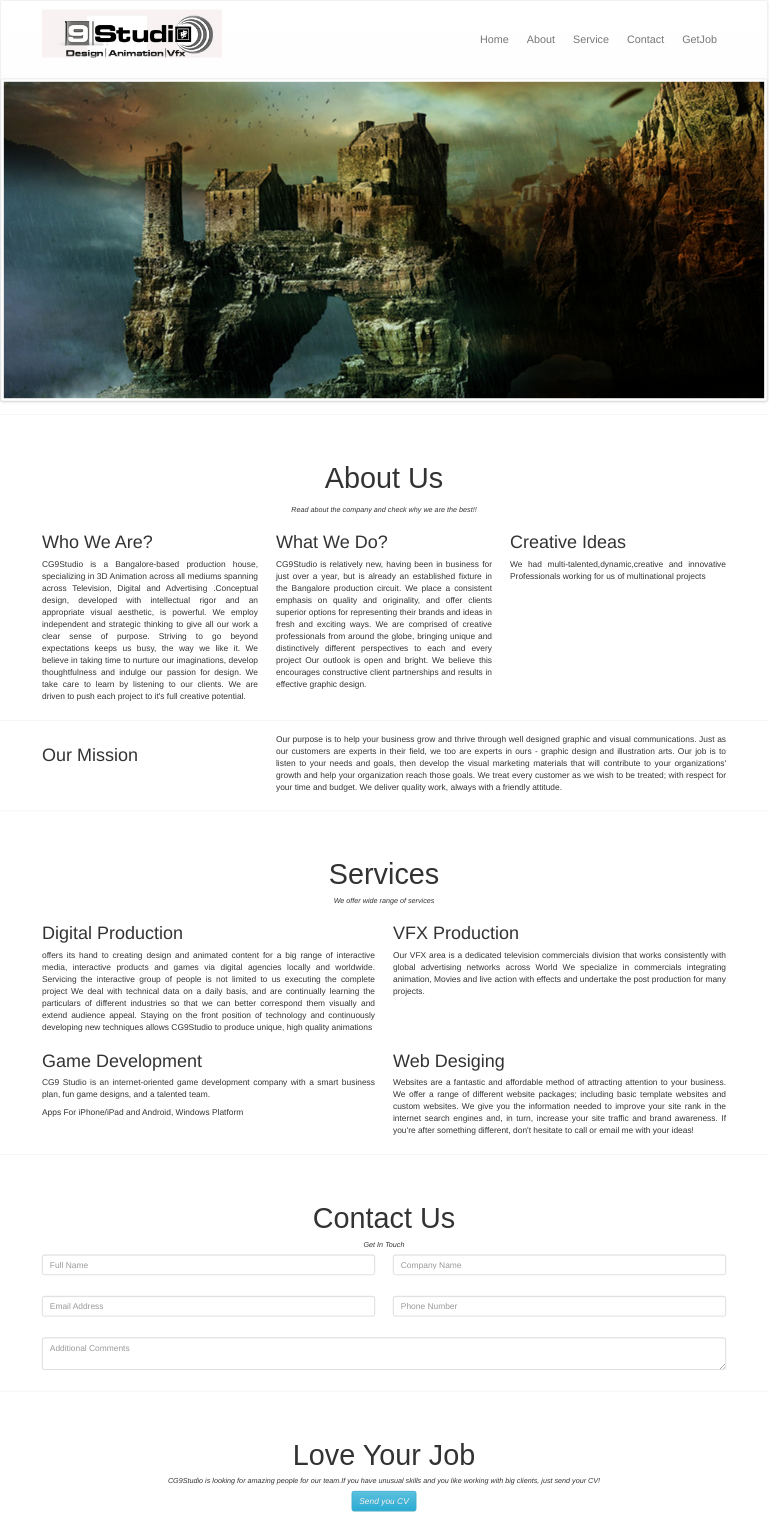
Repository: deepak6sp/BootstrapTheme1
Page: 9studio/WebContent/index.html
An editor plug-in stored every save of this project. The page is shown before and after the next save, followed by the edit.
The browser window is 1280 px wide. The page is 1295 px wide, so the pictures cover 1295 px, including what lies to the right of the window. The pictures show the whole page, at 60% of full size.
Some web libraries are served in a nearby version.

Above is the page before, as saved 2014-07-23 13:51:54.

After the next save:
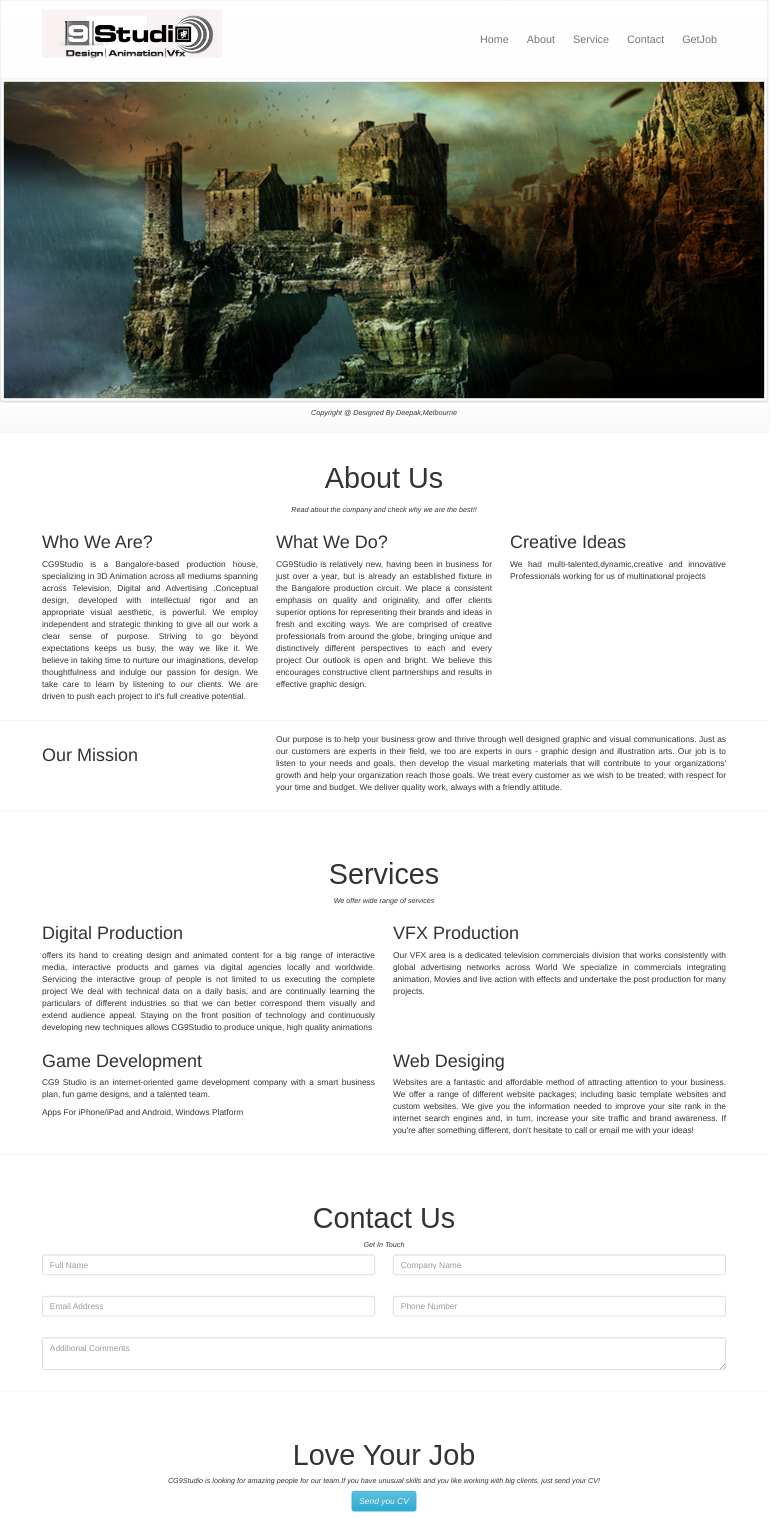
Saved 2 min 34 s later.
--- a/9studio/WebContent/index.html
+++ b/9studio/WebContent/index.html
@@ -169,6 +169,13 @@
 				</div>
 			</div>
 		</section>
+		<footer class="navbar navbar-default navbar-fixed-bottom">
+			<div class="container">
+				<div class="row text-center">
+					<h6> Copyright @ Designed By Deepak,Melbourne</h6>
+				</div>
+			</div>
+		</footer>
 
 	<script src="http://ajax.googleapis.com/ajax/libs/jquery/1.11.1/jquery.min.js"></script>
 	<script src="js/bootstrap.min.js"></script>
